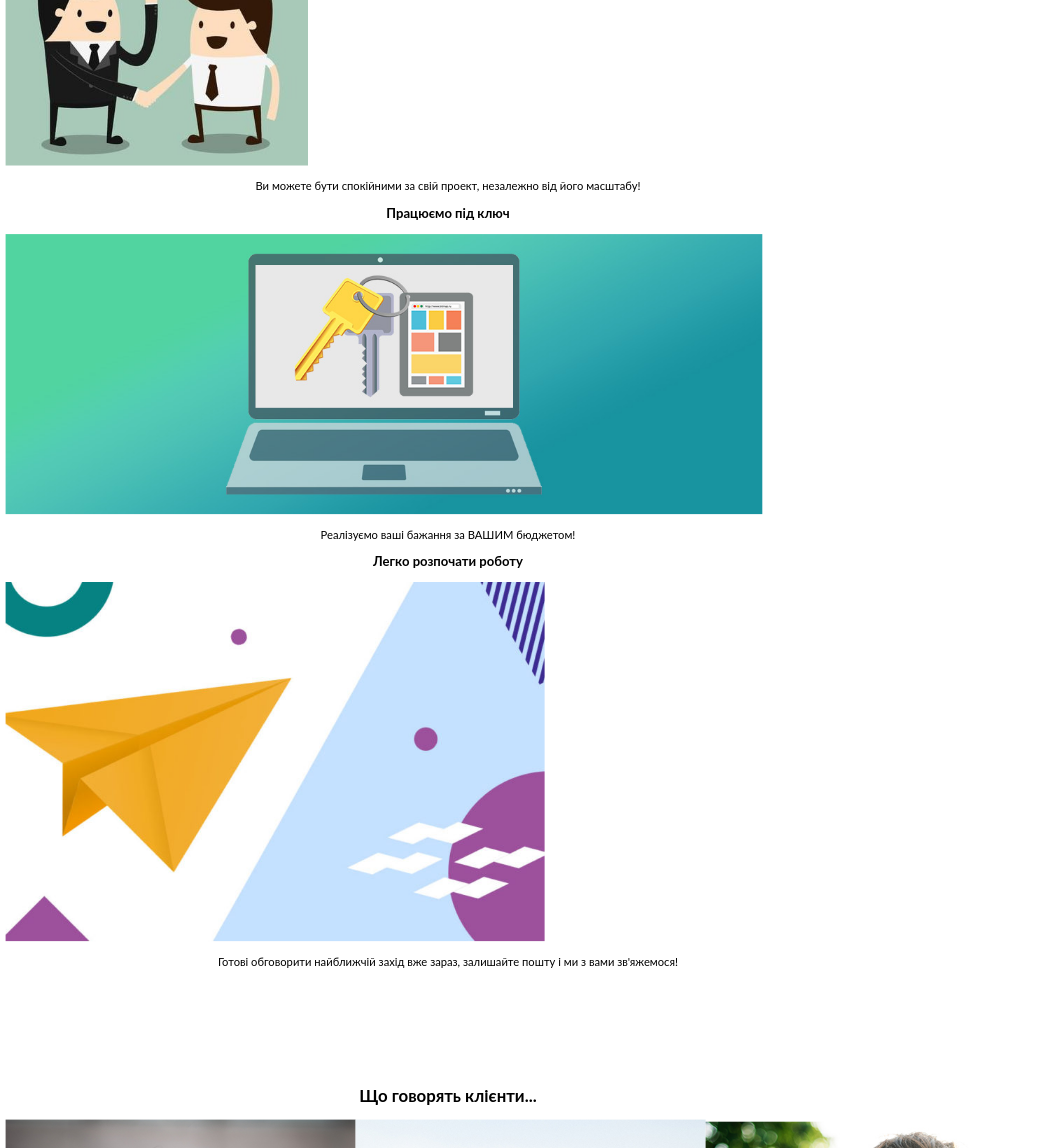
Repository: ivankovaa/HelloWorld
Page: site/index.html
The author's editor kept a record of every edit. The page is drawn from the files as they stood at one moment, then again after the next edit.
The browser window is 1280 px wide. The page is 1508 px wide, so the pictures cover 1508 px, including what lies to the right of the window. The pictures show the part of the page from y = 1029 to 2669 px (the page is 3961 px tall), at 70% of full size.

Above is the page before.

After the next edit:
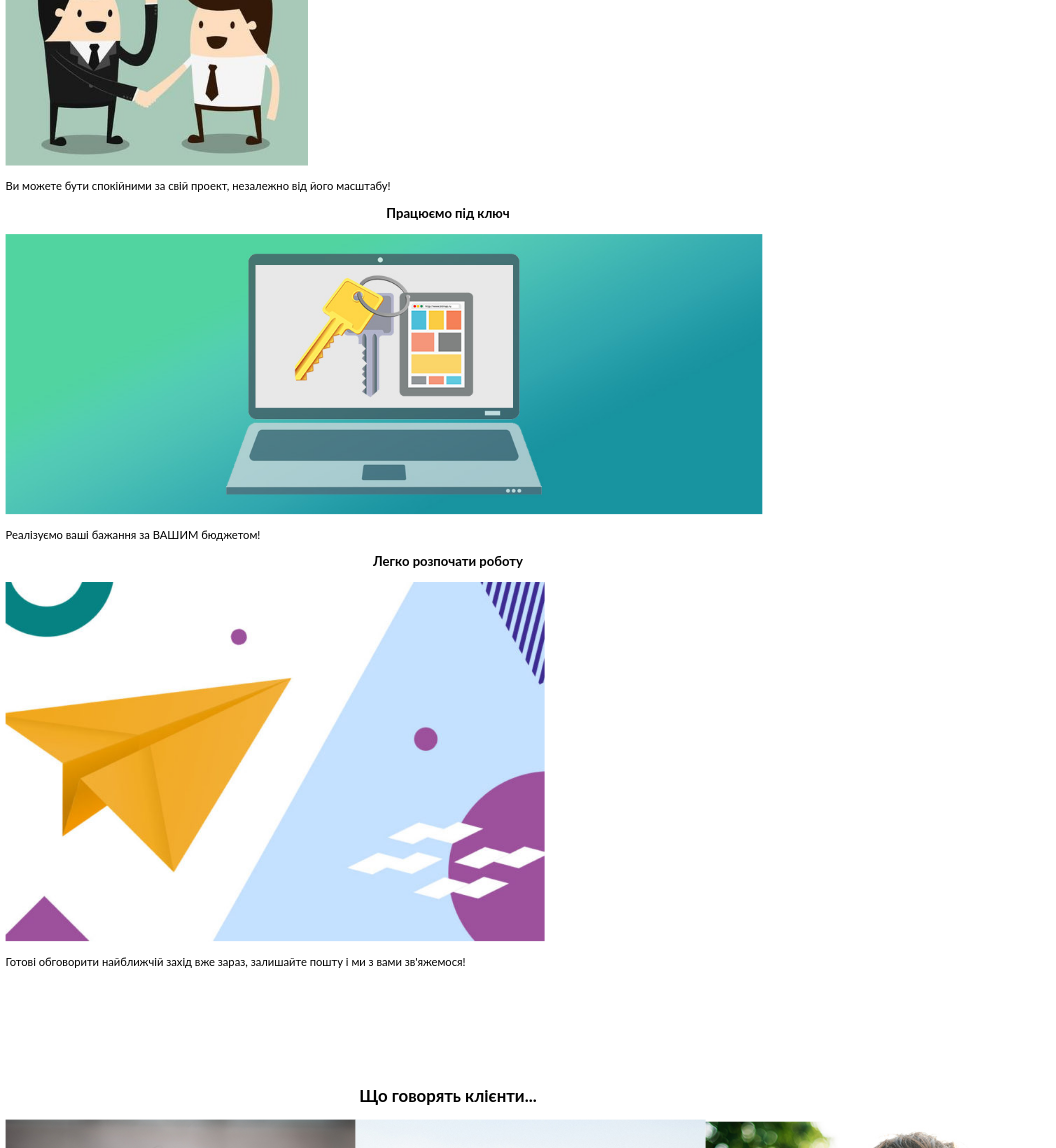
The edit:
--- a/site/css/landing-page.css
+++ b/site/css/landing-page.css
@@ -44,11 +44,6 @@
 
 .features.feature {
   max-width: 20rem;
-}
-
-
-.features .text {
-  text-align: center;
 }
 
 .clients {
